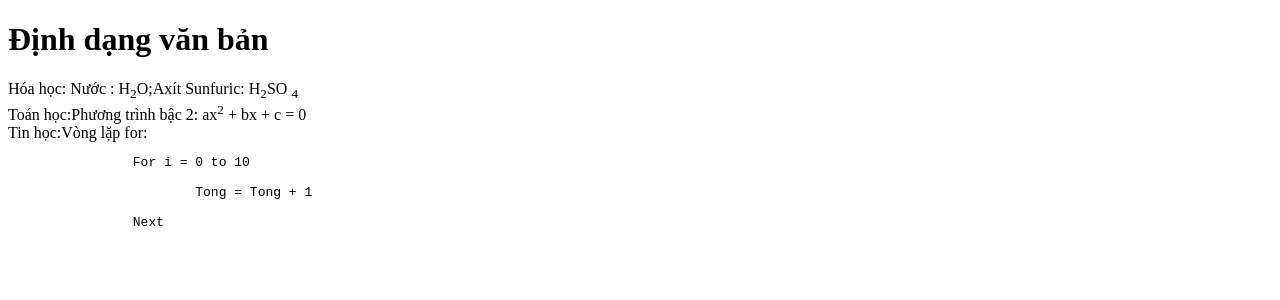
Repository: NgocTruong0701/Self_Learning
Page: html/practice/Baitapweb/Web3.2.3LeNgocTruong-2020601391.html
An editor plug-in stored every save of this project. The page is shown before and after a run of saves, followed by the edit.
The browser window is 1280 px wide. The pictures show the whole page.

Above is the page before, as saved 2021-09-29 23:43:52.

### html/practice/Baitapweb/Web3.2.3LeNgocTruong-2020601391.html
<!DOCTYPE html>
<html>
    <head>
        <title>Bài 3 Phiếu 2 Bài 3</title>
        <meta charset="UTF-8">
        <meta name="author" content="Lê Ngọc Trường">
        <style>

        </style>
    </head>
    <body>
        <h1 class="heading">Định dạng văn bản</h1>

        <div class="dong1">
            <span class="Tenmon">Hóa học: </span><span class="nghieng">Nước : </span>
            <span class="colorred">H<sub>2</sub>O</span>;<span class="nghieng">Axít Sunfuric: </span> <span class="colorred">H<sub>2</sub>SO <sub>4</sub></span>
        </div>
        <div class="dong2">
            <span class="Tenmon">Toán học:</span><span class="nghieng">Phương trình bậc 2:</span>
            <span class="colorred">ax<sup>2</sup> + bx + c = 0</span>
            <br>
            <span class="Tenmon">Tin học:</span><span class="nghieng">Vòng lặp for:
            <pre>
                For i = 0 to 10

                        Tong = Tong + 1

                Next
            </pre>
    </body>
</html>

After the next 2 saves:
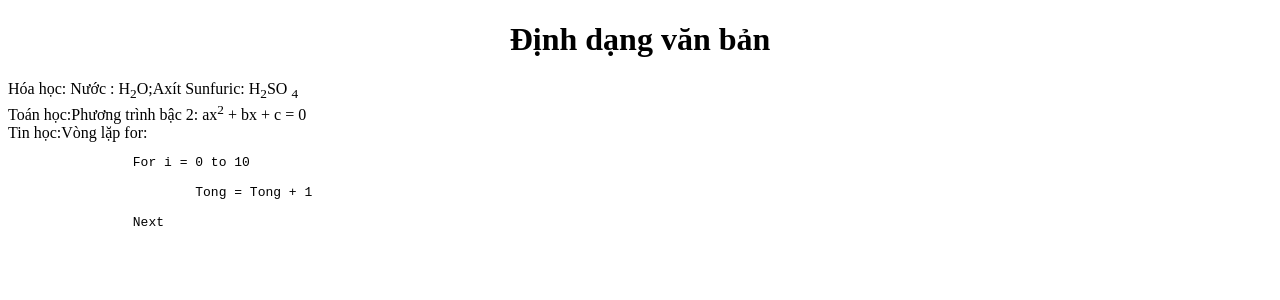
The 2 saves are shown as one change because they came seconds apart.
The last was saved 12 s later.
--- a/html/practice/Baitapweb/Web3.2.3LeNgocTruong-2020601391.html
+++ b/html/practice/Baitapweb/Web3.2.3LeNgocTruong-2020601391.html
@@ -5,7 +5,9 @@
         <meta charset="UTF-8">
         <meta name="author" content="Lê Ngọc Trường">
         <style>
-
+            .heading{
+                text-align: center;
+            }
         </style>
     </head>
     <body>
